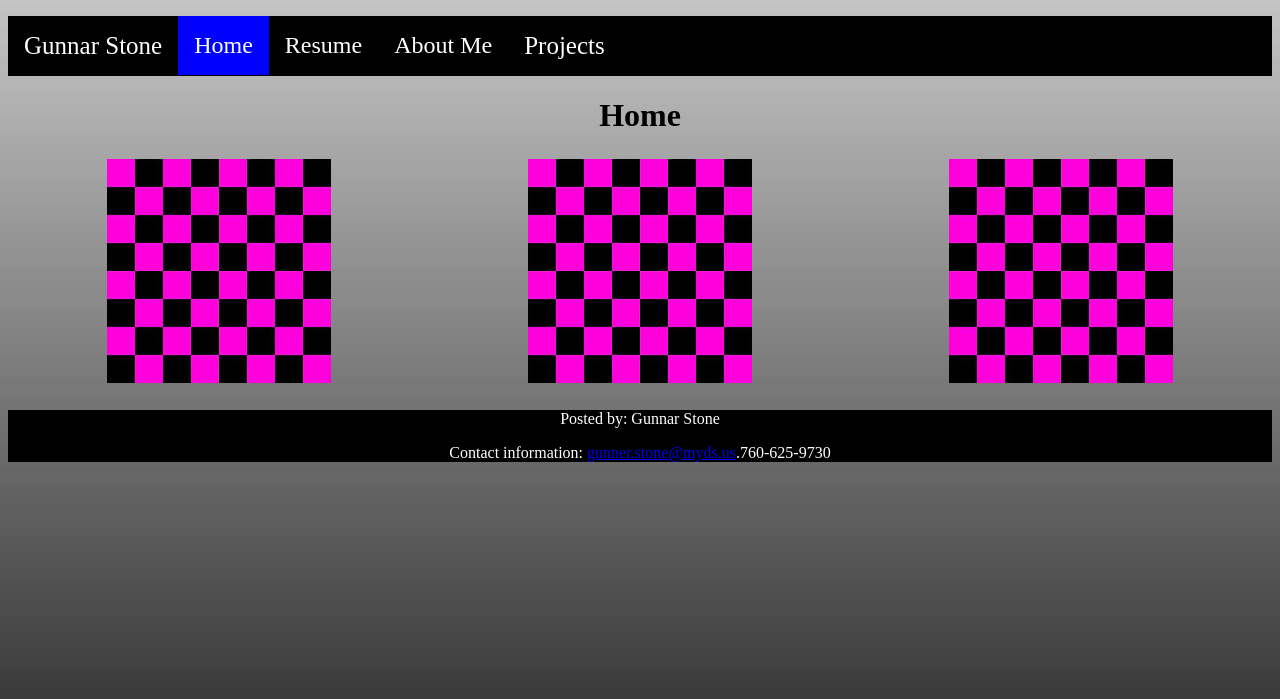
Repository: GunnarStone/GunnarStone.github.io
Page: index.html
The author's editor kept a record of every edit. The page is drawn from the files as they stood at one moment, then again after the next edit.
The browser window is 1280 px wide. The pictures show the whole page.

Above is the page before.

After the next edit:
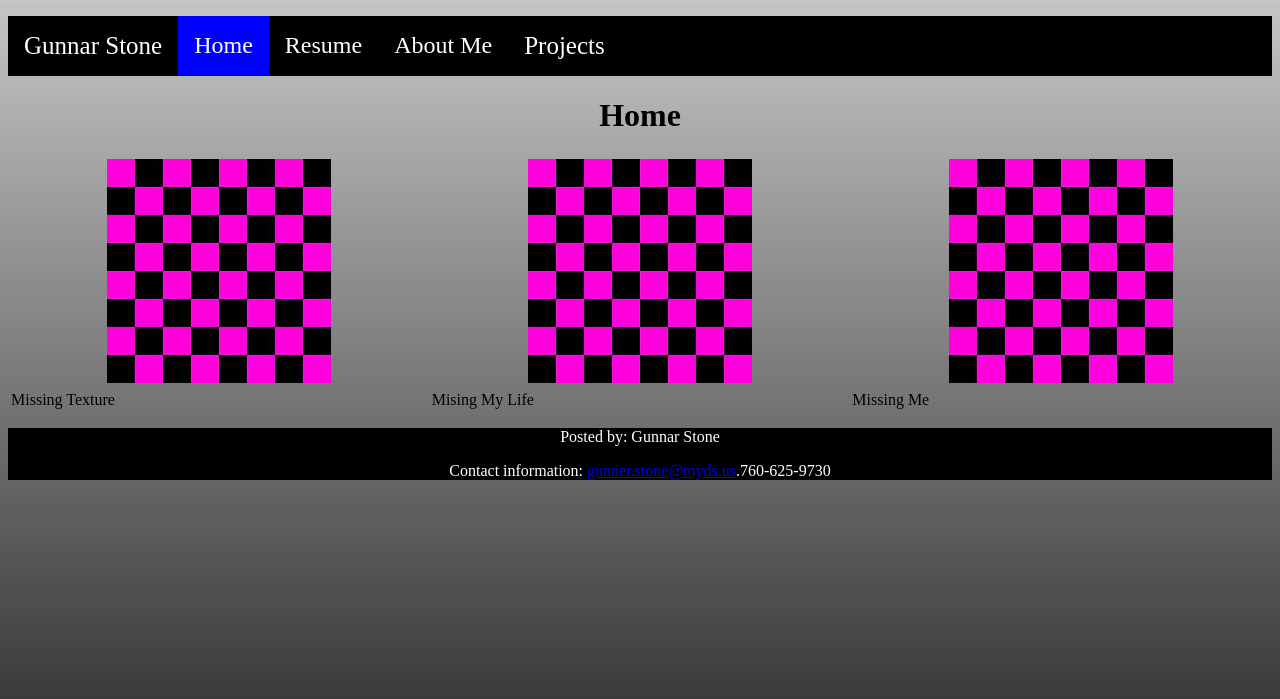
The edit:
--- a/index.html
+++ b/index.html
@@ -27,9 +27,9 @@
         <th><img src="data:[embedded picture, 9651 characters]" alt="missingtexture"></th>
         </tr>
         <tr>
-            <td></td>
-            <td></td>
-            <td></td>
+            <td>Missing Texture</td>
+            <td>Mising My Life</td>
+            <td>Missing Me</td>
         </tr>
     </table>
 <script>
